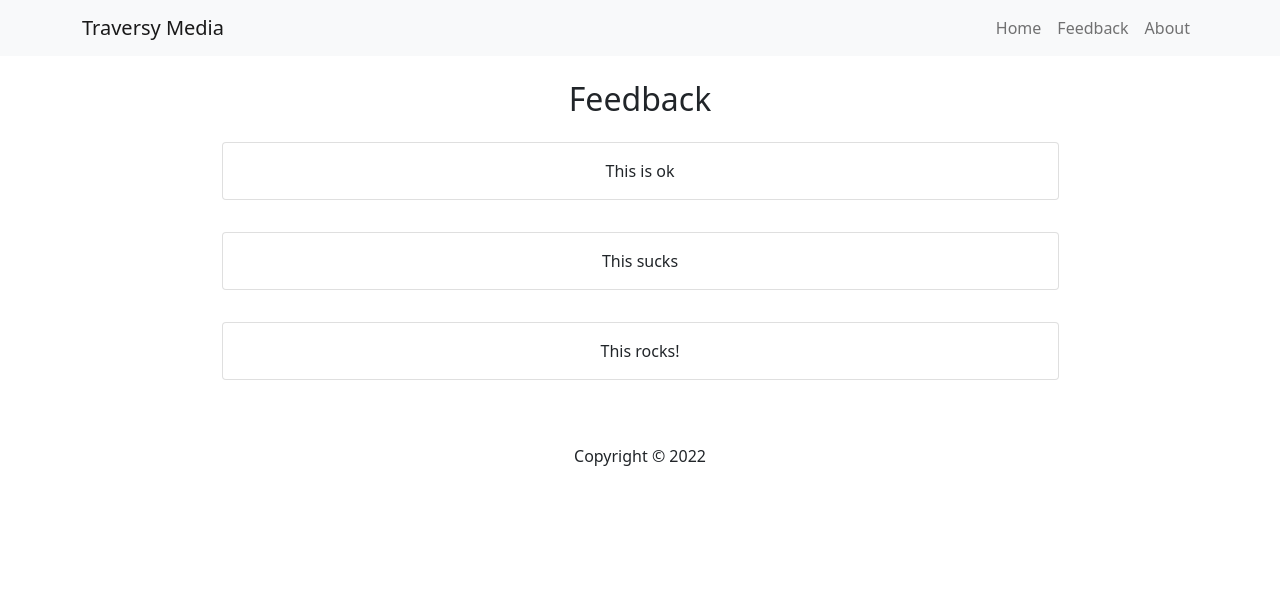
Repository: Haviles04/feedback
Page: http://localhost/feedback.php
An editor plug-in stored every save of this project. The page is shown before and after the next save, followed by the edit.
The browser window is 1280 px wide. The pictures show the whole page.
The page is run by PHP 8.4 with error messages shown; the project is at /var/www/html/.

Above is the page before, as saved 2024-04-29 18:12:56.

### feedback.php
<?php include 'inc/header.php'; ?>

<?php
$feedback = [
  [
    'id' => '1',
    'name' => 'Beth Williams',
    'email' => 'beth@gmail.com',
    'body' => 'This is ok'
  ],
  [
    'id' => '2',
    'name' => 'Walt Williams',
    'email' => 'walt@gmail.com',
    'body' => 'This sucks'
  ],
  [
    'id' => '3',
    'name' => 'Bill Johnson',
    'email' => 'bill@gmail.com',
    'body' => 'This rocks!'
  ]
]
?>


<h2>Feedback</h2>

<?php if (empty($feedback)) : ?>
  <p class="lead mt-3"> There is no feedback</p>
<?php endif; ?>


<?php foreach ($feedback as $item) : ?>
  <div class="card my-3 w-75">
    <div class="card-body text-center">
      <?php echo $item['body'] ?>
    </div>
  </div>
<?php endforeach ?>

<?php include 'inc/footer.php';

### inc/header.php
<?php include 'config/database.php'; ?>


<!DOCTYPE html>
<html lang="en">

<head>
    <meta charset="UTF-8" />
    <meta http-equiv="X-UA-Compatible" content="IE=edge" />
    <meta name="viewport" content="width=device-width, initial-scale=1.0" />
    <link href="https://cdn.jsdelivr.net/npm/bootstrap@5.0.2/dist/css/bootstrap.min.css" rel="stylesheet" integrity="sha384-EVSTQN3/azprG1Anm3QDgpJLIm9Nao0Yz1ztcQTwFspd3yD65VohhpuuCOmLASjC" crossorigin="anonymous" />
    <title>Leave Feedback</title>
</head>

<body>
    <nav class="navbar navbar-expand-sm navbar-light bg-light mb-4">
        <div class="container">
            <a class="navbar-brand" href="#">Traversy Media</a>
            <button class="navbar-toggler" type="button" data-bs-toggle="collapse" data-bs-target="#navbarNav" aria-controls="navbarNav" aria-expanded="false" aria-label="Toggle navigation">
                <span class="navbar-toggler-icon"></span>
            </button>
            <div class="collapse navbar-collapse" id="navbarNav">
                <ul class="navbar-nav ms-auto">
                    <li class="nav-item">
                        <a class="nav-link" href="./index.php">Home</a>
                    </li>
                    <li class="nav-item">
                        <a class="nav-link" href="./feedback.php">Feedback</a>
                    </li>
                    <li class="nav-item">
                        <a class="nav-link" href="./about.php">About</a>
                    </li>
                </ul>
            </div>
        </div>
    </nav>

    <main>
        <div class="container d-flex flex-column align-items-center">

### config/database.php
<?php
define('DB_HOST', 'localhost');
define('DB_USER', 'henry');
define('DB_PASS', '123456');
define('DB_NAME', 'php_dev');

$conn = new mysqli(DB_HOST, DB_USER, DB_PASS, DB_NAME);

if ($conn->connect_error) {
    die('Connection failed' . $conn->connect_error);
}

### inc/footer.php
</div>
</main>

<footer class="text-center mt-5">Copyright &copy; 2022</footer>

<script src="https://cdn.jsdelivr.net/npm/bootstrap@5.0.2/dist/js/bootstrap.bundle.min.js" integrity="sha384-MrcW6ZMFYlzcLA8Nl+NtUVF0sA7MsXsP1UyJoMp4YLEuNSfAP+JcXn/tWtIaxVXM" crossorigin="anonymous"></script>
</body>

</html>

After the next save:
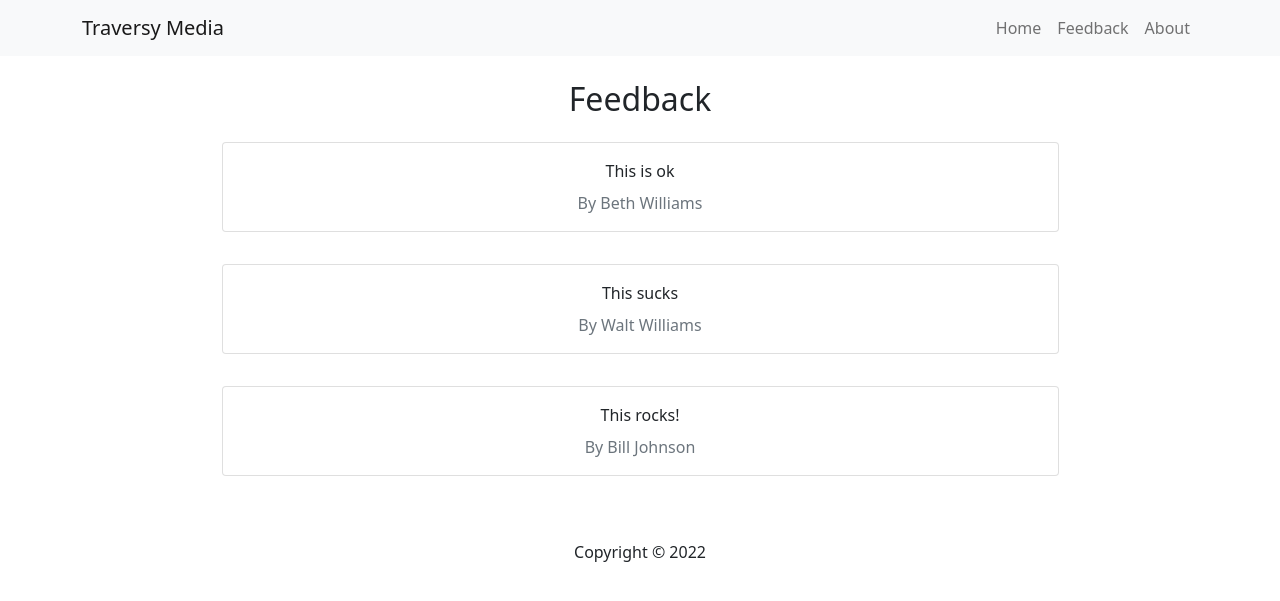
Saved 33 s later.
--- a/feedback.php
+++ b/feedback.php
@@ -35,6 +35,9 @@ $feedback = [
   <div class="card my-3 w-75">
     <div class="card-body text-center">
       <?php echo $item['body'] ?>
+      <div class="text-secondary mt-2">
+        By <?php echo $item['name'] ?>
+      </div>
     </div>
   </div>
 <?php endforeach ?>
